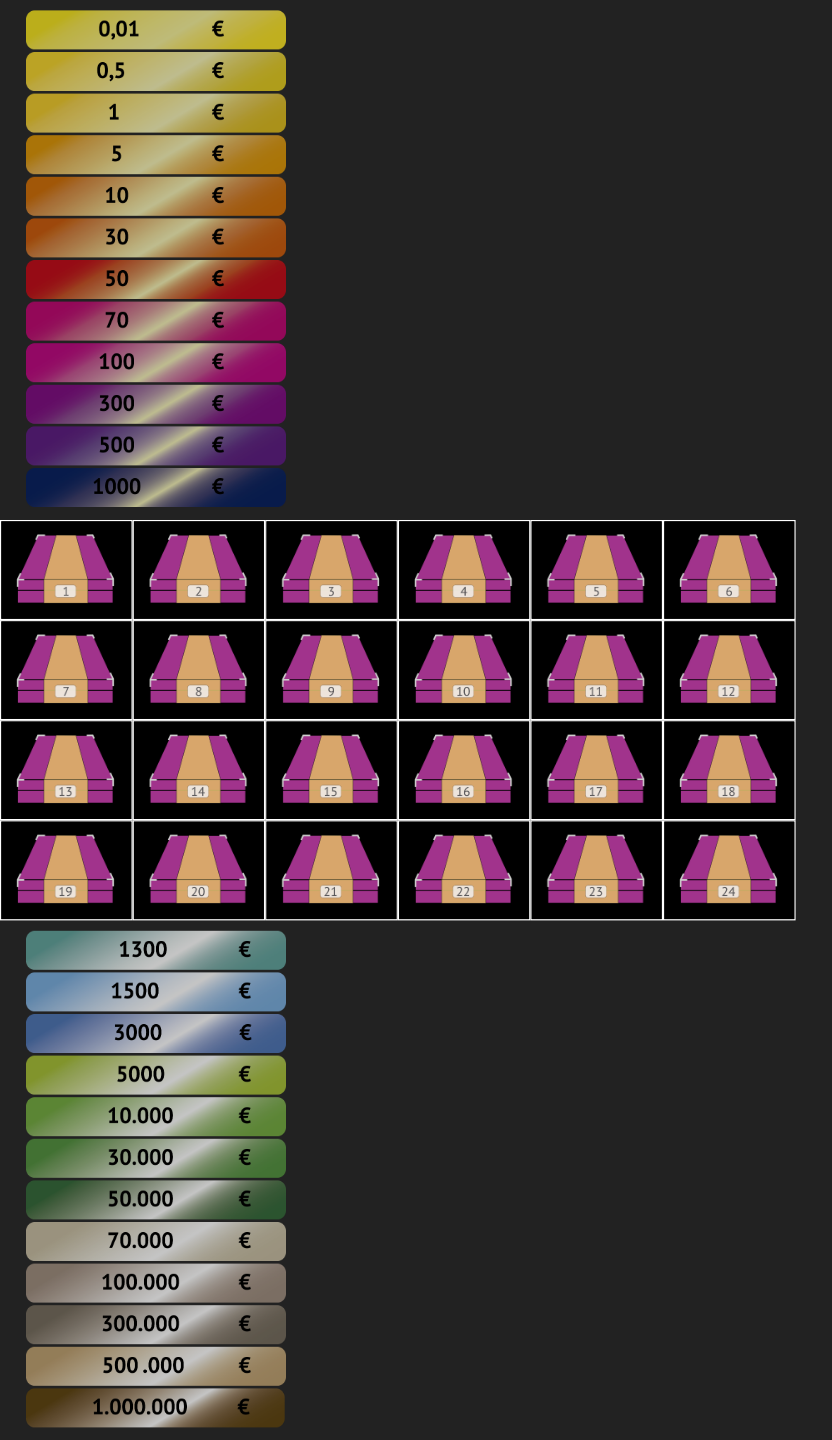
Repository: elnacp/Deal_or_no_deal
Page: DealOrNoDeal/index.html
These files come from the project's save history. The page is drawn as it stood at one moment and after the next save; the edit follows.
The browser window is 1280 px wide. The pictures show the whole page, at 65% of full size.
Some web libraries are served in a nearby version.

Above is the page before, as saved 2017-11-26 00:12:50.

After the next save:
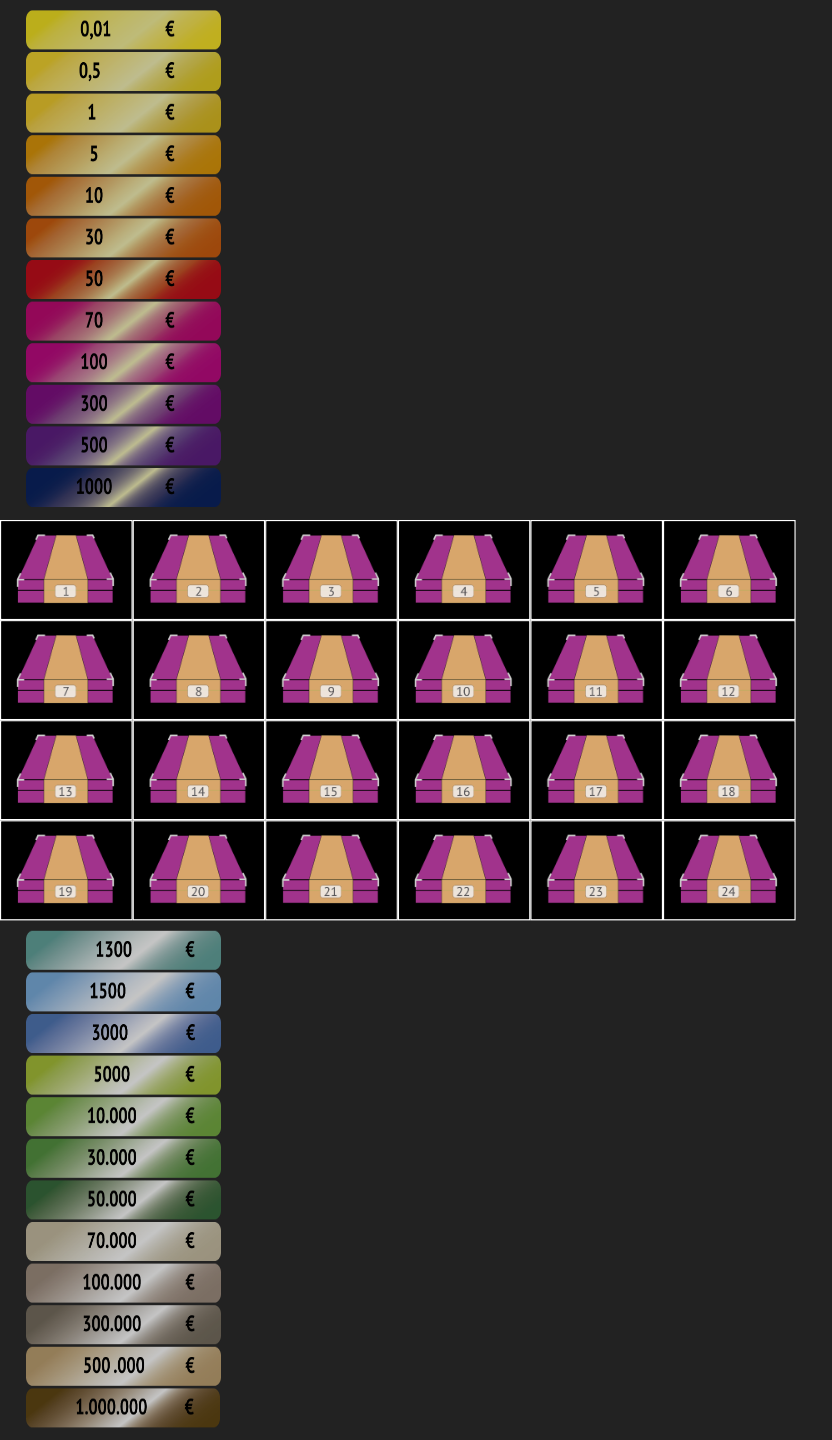
Saved 15 s later.
--- a/DealOrNoDeal/css/style.css
+++ b/DealOrNoDeal/css/style.css
@@ -25,7 +25,7 @@ body {
 
 #left{
 	float:left;
-	width:200px;
+	width:300px;
 
 }
 
@@ -36,13 +36,13 @@ body {
 
 #right{
 	float:left;
-	width: 200px;;
+	width: 300px;;
 }
 
 
 
 #prizes{
-	width: 400px;
+	width: 300px;
 	height:60px;
 }
 
